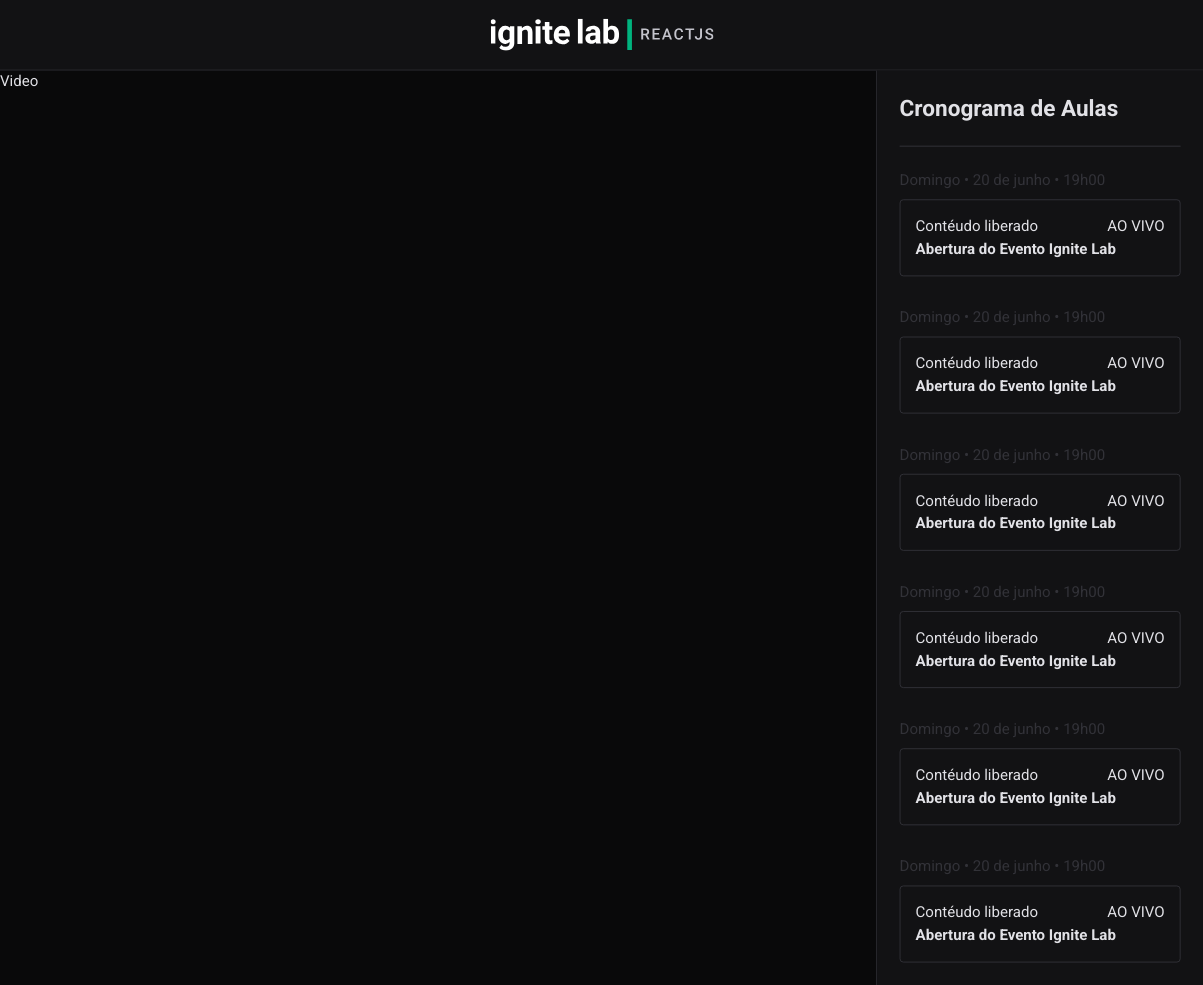
Repository: guilhermecardoso93/ignitelab
Page: /event
An editor plug-in stored every save of this project. The page is shown before and after the next save, followed by the edit.
The browser window is 1280 px wide. The pictures show the whole page, at 94% of full size.
The project was rebuilt for these pictures with package versions that can differ from the ones it lists, and the page was loaded fresh each time. Also part of the build but not shown: vite.config.ts.

Above is the page before, as saved 2022-06-22 11:45:58.

After the next save:
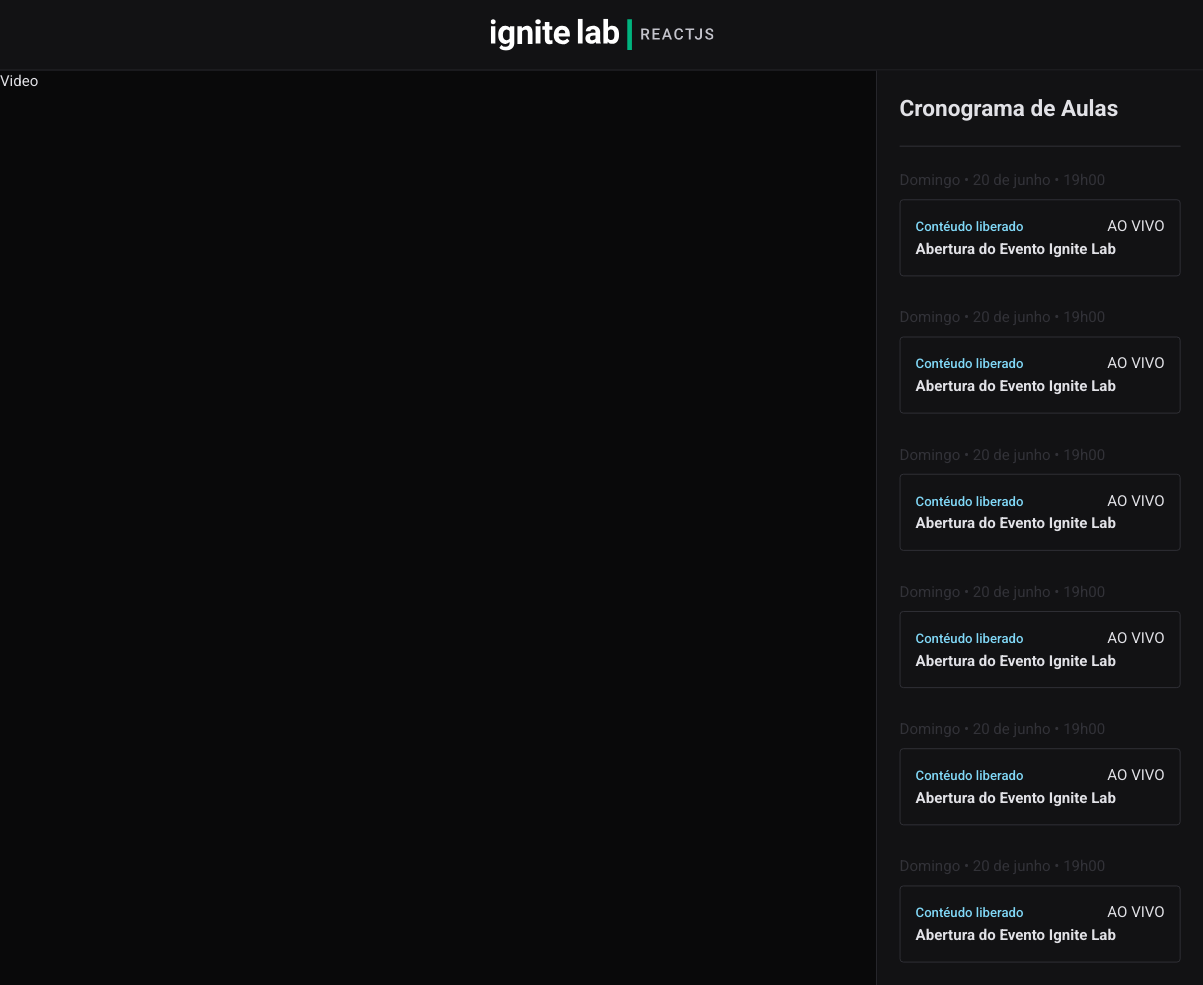
Saved 38 s later.
--- a/src/components/Lesson/index.tsx
+++ b/src/components/Lesson/index.tsx
@@ -7,7 +7,7 @@
 
       <div className="rounded border border-gray-500 p-4 mt-2">
         <header className="flex items-center justify-between">
-          <span>Contéudo liberado </span>
+          <span className="text-sm text-blue-500 font-medium">Contéudo liberado </span>
           <span> AO VIVO </span>
         </header>
         <strong>Abertura do Evento Ignite Lab</strong>
